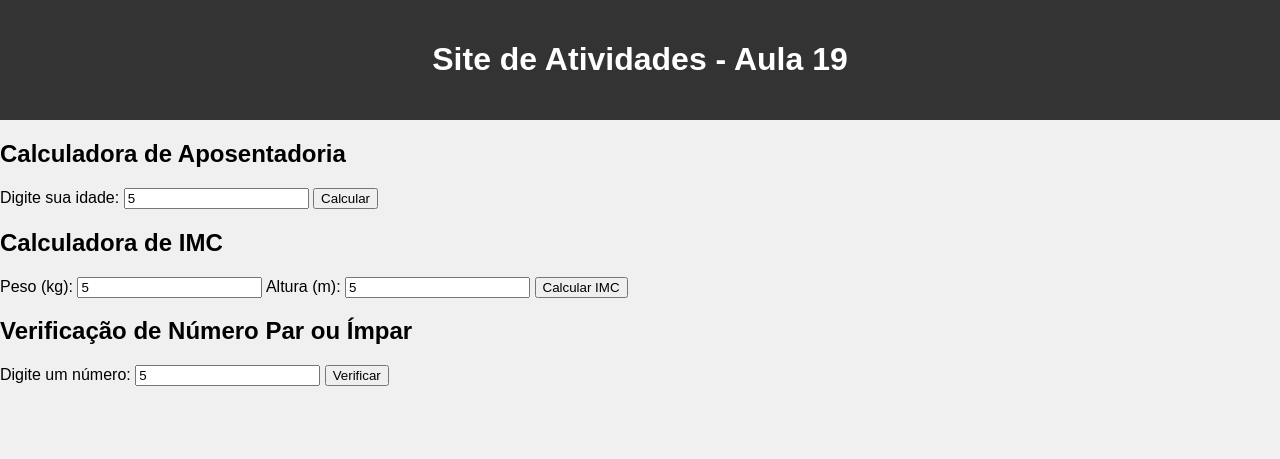
Repository: Gabrielb0rn/Java-script.io
Page: 19aula 1208/index.html
The author's editor kept a copy of each file at every save. The page is drawn from the files as they stood at one save, then again after the next save.
The browser window is 1280 px wide. The pictures show the whole page.
Empty fields were first filled with sample values (such as "Sample", 5 or name@example.com).
After loading, the first visible `#formAposentadoria` was submitted once.

Above is the page before, as saved 2024-08-12 08:39:20.
Console error: TypeError: Cannot set properties of null (setting 'innerText')

### 19aula 1208/index.html
<!DOCTYPE html>
<html lang="pt-BR">
<head>
    <meta charset="UTF-8">
    <meta name="viewport" content="width=device-width, initial-scale=1.0">
    <title>Site de atividades - aula 19</title>
    <link rel="stylesheet" href="assets/style.css">
</head>
<body>
    <header>
        <h1>Site de Atividades - Aula 19</h1>
    </header>

    <!-- Seção da Atividade 1: Calculadora de Aposentadoria -->
    <section>
        <h2>Calculadora de Aposentadoria</h2>
        <form class="container" id="formAposentadoria">
            <label for="idade">Digite sua idade:</label>
            <input type="number" id="idade" name="idade" required>
            <button type="submit">Calcular</button>
        </form>
        <p id="resultadoAposentadoria"></p>
    </section>

    <!-- Seção da Atividade 2: Calculadora de IMC -->
    <section>
        <h2>Calculadora de IMC</h2>
        <form class="container" id="formIMC">
            <label for="peso">Peso (kg):</label>
            <input type="number" id="peso" name="peso" required>
            <label for="altura">Altura (m):</label>
            <input type="number" id="altura" name="altura" step="0.01" required>
            <button type="submit">Calcular IMC</button>
        </form>
        <p id="resultadoIMC"></p>
    </section>

    <!-- Seção da Atividade 3: Verificação de Número Par ou Ímpar -->
    <section>
        <h2>Verificação de Número Par ou Ímpar</h2>
        <form class="container" id="formParImpar">
            <label for="numero">Digite um número:</label>
            <input type="number" id="numero" name="numero" required>
            <button type="submit">Verificar</button>
        </form>
        <p id="resultadoParImpar"></p>
    </section>

    <!-- Adicione mais seções conforme necessário -->

    <script src="assets/scripts.js"></script>
</body>
</html>

### 19aula 1208/assets/style.css
body {
    background-color: #f0f0f0;
    font-family: Arial, sans-serif;
    margin: 0;
    padding: 0;
}

header {
    background-color: #333;
    color: #fff;
    padding: 20px;
    text-align: center;
}

### 19aula 1208/assets/scripts.js










//  --------------------------------- Aposentadoria ---------------------------------------------

document.getElementById('formAposentadoria').addEventListener('submit', function(event) {
    event.preventDefault();
    const idade = document.getElementById('idade').value;
    const idadeMinimaParaAposentadoria = 65;
    let resultado;

    if (idade >= idadeMinimaParaAposentadoria) {
        resultado = "Você já pode se aposentar.";
    } else {
        const anosRestantes = idadeMinimaParaAposentadoria - idade;
        resultado = `Faltam ${anosRestantes} anos para você se aposentar.`;
    }

    document.getElementById('resultado').innerText = resultado;
});

// -----------------------------------------------------------------------------------------------

After the next save:
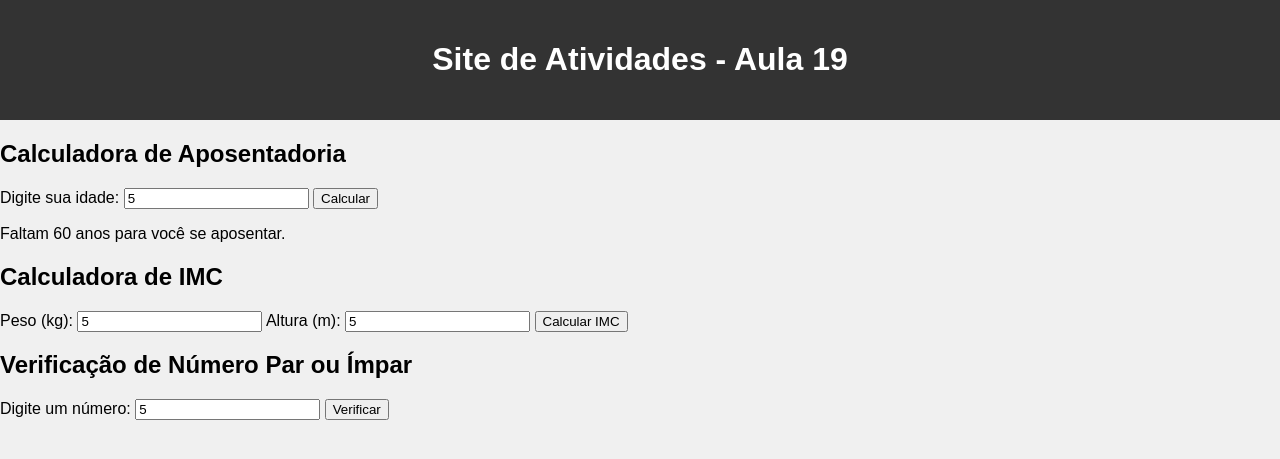
The error is gone.
Saved 22 s later.
--- a/19aula 1208/assets/scripts.js
+++ b/19aula 1208/assets/scripts.js
@@ -1,13 +1,3 @@
-
-
-
-
-
-
-
-
-
-
 //  --------------------------------- Aposentadoria ---------------------------------------------
 
 document.getElementById('formAposentadoria').addEventListener('submit', function(event) {
@@ -23,7 +13,39 @@ document.getElementById('formAposentadoria').addEventListener('submit', function
         resultado = `Faltam ${anosRestantes} anos para você se aposentar.`;
     }
 
-    document.getElementById('resultado').innerText = resultado;
+    document.getElementById('resultadoAposentadoria').innerText = resultado;
 });
 
-// -----------------------------------------------------------------------------------------------
+// --------------------------------- Calculadora de IMC ----------------------------------------
+
+document.getElementById('formIMC').addEventListener('submit', function(event) {
+    event.preventDefault();
+    const peso = parseFloat(document.getElementById('peso').value);
+    const altura = parseFloat(document.getElementById('altura').value);
+    const imc = (peso / (altura * altura)).toFixed(2);
+    let categoria;
+
+    if (imc < 18.5) {
+        categoria = "Abaixo do peso";
+    } else if (imc < 24.9) {
+        categoria = "Peso normal";
+    } else if (imc < 29.9) {
+        categoria = "Sobrepeso";
+    } else {
+        categoria = "Obesidade";
+    }
+
+    document.getElementById('resultadoIMC').innerText = `Seu IMC é ${imc} (${categoria})`;
+});
+
+// -------------------------- Verificação de Número Par ou Ímpar ------------------------------
+
+document.getElementById('formParImpar').addEventListener('submit', function(event) {
+    event.preventDefault();
+    const numero = parseInt(document.getElementById('numero').value);
+    const resultado = numero % 2 === 0 ? "O número é par." : "O número é ímpar.";
+
+    document.getElementById('resultadoParImpar').innerText = resultado;
+});
+
+// ---------------------------- Adicione mais scripts conforme necessário ------------------------
